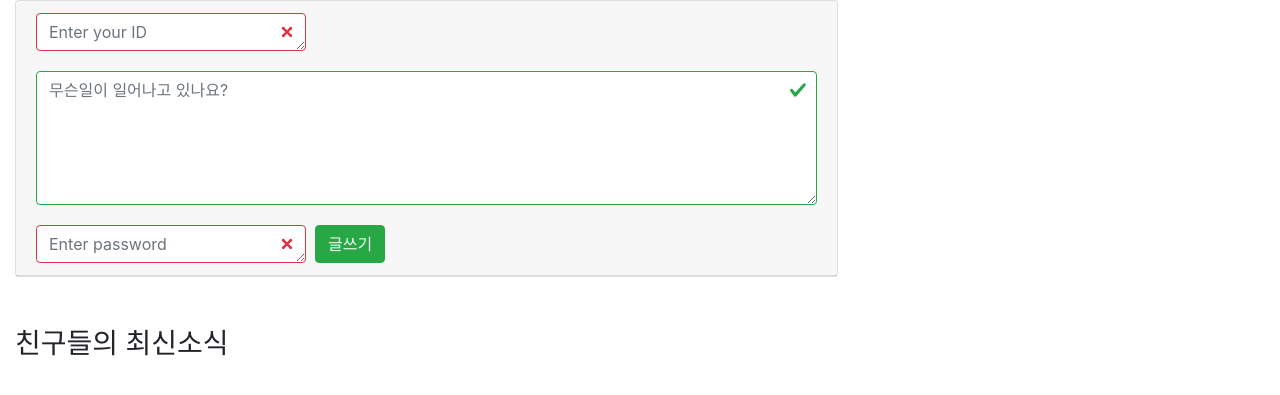
Repository: ikobean/ikoebean
Page: http://localhost/dev_jsp/mySNS/snsDet.jsp
The author's editor kept a copy of each file at every save. The page is drawn from the files as they stood at one save, then again after a run of saves.
The browser window is 1280 px wide. The pictures show the whole page.
The page is served by Tomcat 9. Other server files are loaded and not shown.

Above is the page before, as saved 2019-08-16 10:51:13.

### workspace_jsp/dev_jsp/WebContent/mySNS/snsDet.jsp
<%@ page language="java" contentType="text/html; charset=UTF-8"
    pageEncoding="UTF-8"%>
<!DOCTYPE html>
<html>
<head>
<meta charset="UTF-8">
  <meta name="viewport" content="width=device-width, initial-scale=1">
  <link rel="stylesheet" href="https://maxcdn.bootstrapcdn.com/bootstrap/4.3.1/css/bootstrap.min.css">
  <script src="https://ajax.googleapis.com/ajax/libs/jquery/3.4.1/jquery.min.js"></script>
  <script src="https://cdnjs.cloudflare.com/ajax/libs/popper.js/1.14.7/umd/popper.min.js"></script>
  <script src="https://maxcdn.bootstrapcdn.com/bootstrap/4.3.1/js/bootstrap.min.js"></script>
<title>Insert title here</title>
</head>
<body>

    <div class="col-sm-8">
    <!-- 메세지 입력 부분 -->
	  <div class="card">
	    <input type="hidden" name="favcnt" value="0">

			<div class="card-header">
				<form class="was-validated" id="f_write">
	    <input type="hidden" id="mno" name="mno" value="0">
	    <input type="hidden" name="msg_date" value="0">
				<div class="form-inline" >
					<textarea class="form-control" placeholder="Enter your ID" rows="1"  id="mem_id" name="mem_id" required></textarea>
				</div>
				<div style="margin-bottom:20px"></div>
				<div>
					<textarea class="form-control" placeholder="무슨일이 일어나고 있나요?"rows="5" id="msg" name="msg"></textarea>
				</div>
				<div style="margin-bottom:20px"></div>
				<div class="form-inline">
		 			<textarea class="form-control" placeholder="Enter password" rows="1"  id="mem_pw" name="mem_pw" required></textarea>
		 			&nbsp;&nbsp;
		 			<a role="button" class="btn btn-success btn-m text-light" href="javascript:write()" id="btn_write" name="btn_write">글쓰기</a>
				</div>
				</form>
		</div>
	</div>
	<div style="margin-bottom:50px"></div>
      <h3>친구들의 최신소식</h3>
      <div id="d_msg"></div>
    </div>

</body>
</html>

After the next 2 saves:
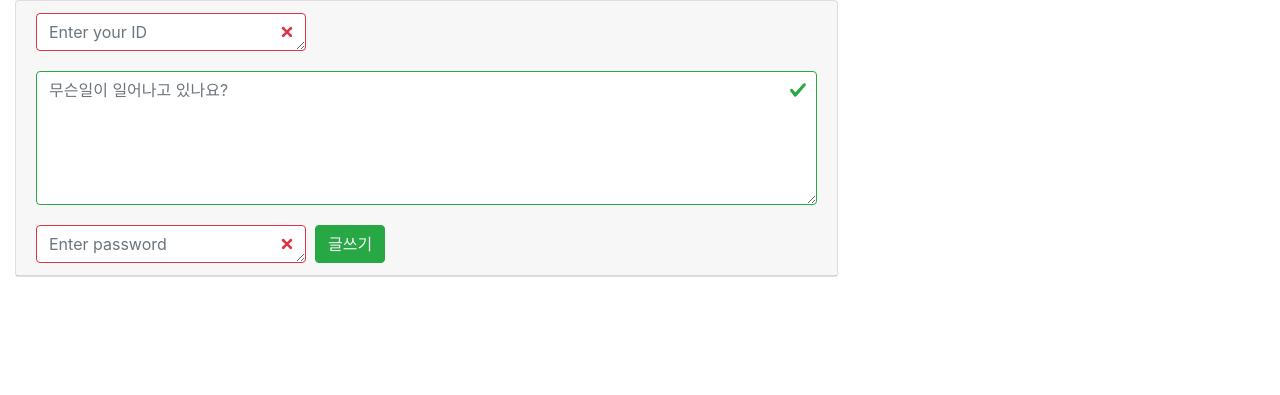
The 2 saves are shown as one change because they came seconds apart.
The last was saved 19 s later.
--- a/workspace_jsp/dev_jsp/WebContent/mySNS/snsDet.jsp
+++ b/workspace_jsp/dev_jsp/WebContent/mySNS/snsDet.jsp
@@ -38,9 +38,6 @@
 				</form>
 		</div>
 	</div>
-	<div style="margin-bottom:50px"></div>
-      <h3>친구들의 최신소식</h3>
-      <div id="d_msg"></div>
     </div>
 
 </body>
